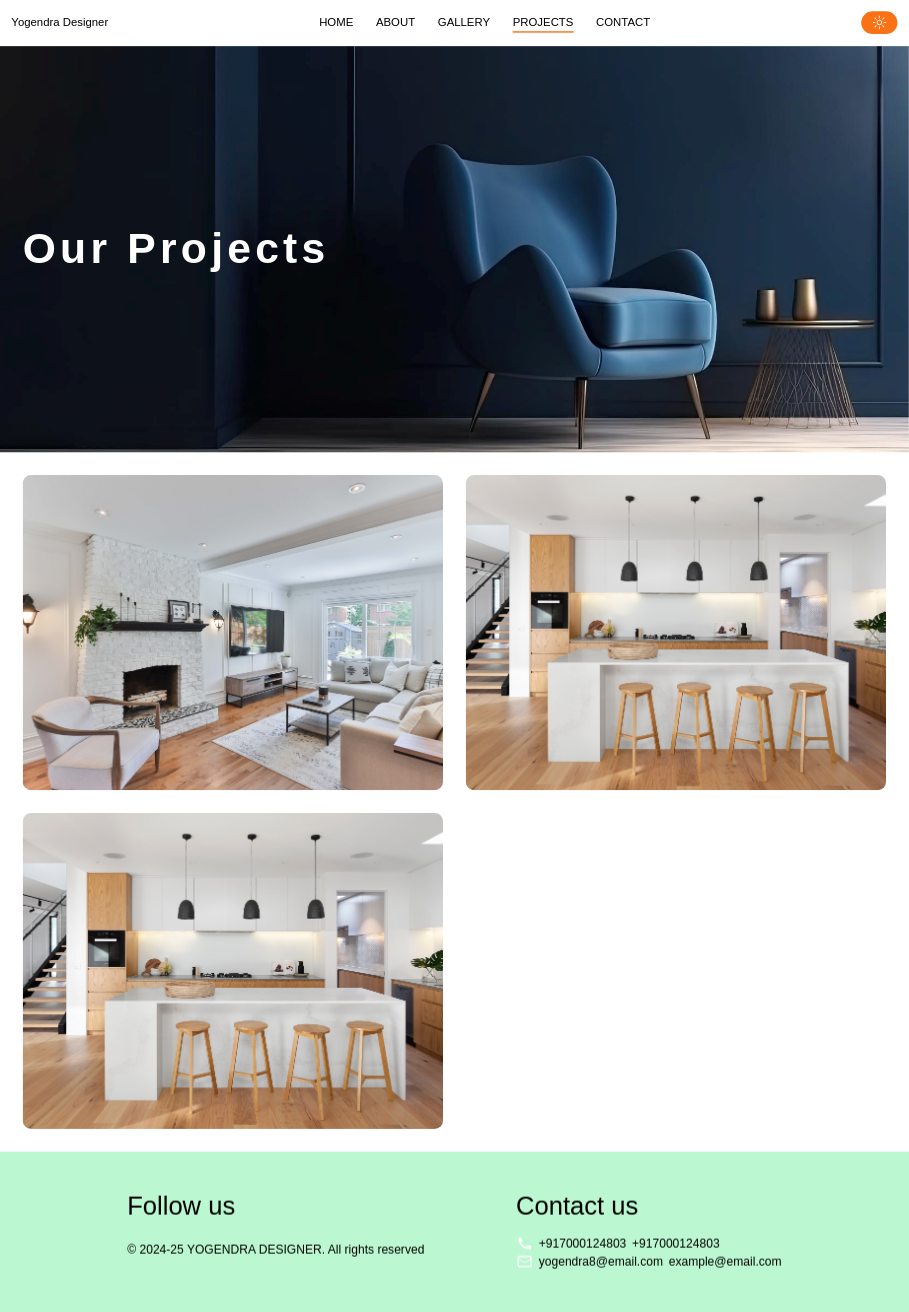
Repository: hitoutvrma/MB_designs-Interior-Designing-website
Page: /projects
The author's editor kept a copy of each file at every save. The page is drawn from the files as they stood at one save, then again after the next save.
The browser window is 1280 px wide. The pictures show the whole page, at 71% of full size.
The project was rebuilt for these pictures with package versions that can differ from the ones it lists, and the page was loaded fresh each time. The framework's server and built-in components were replaced by stand-ins that run in the browser. Also part of the build but not shown: next.config.mjs.

Above is the page before, as saved 2024-09-15 21:11:51.

After the next save:
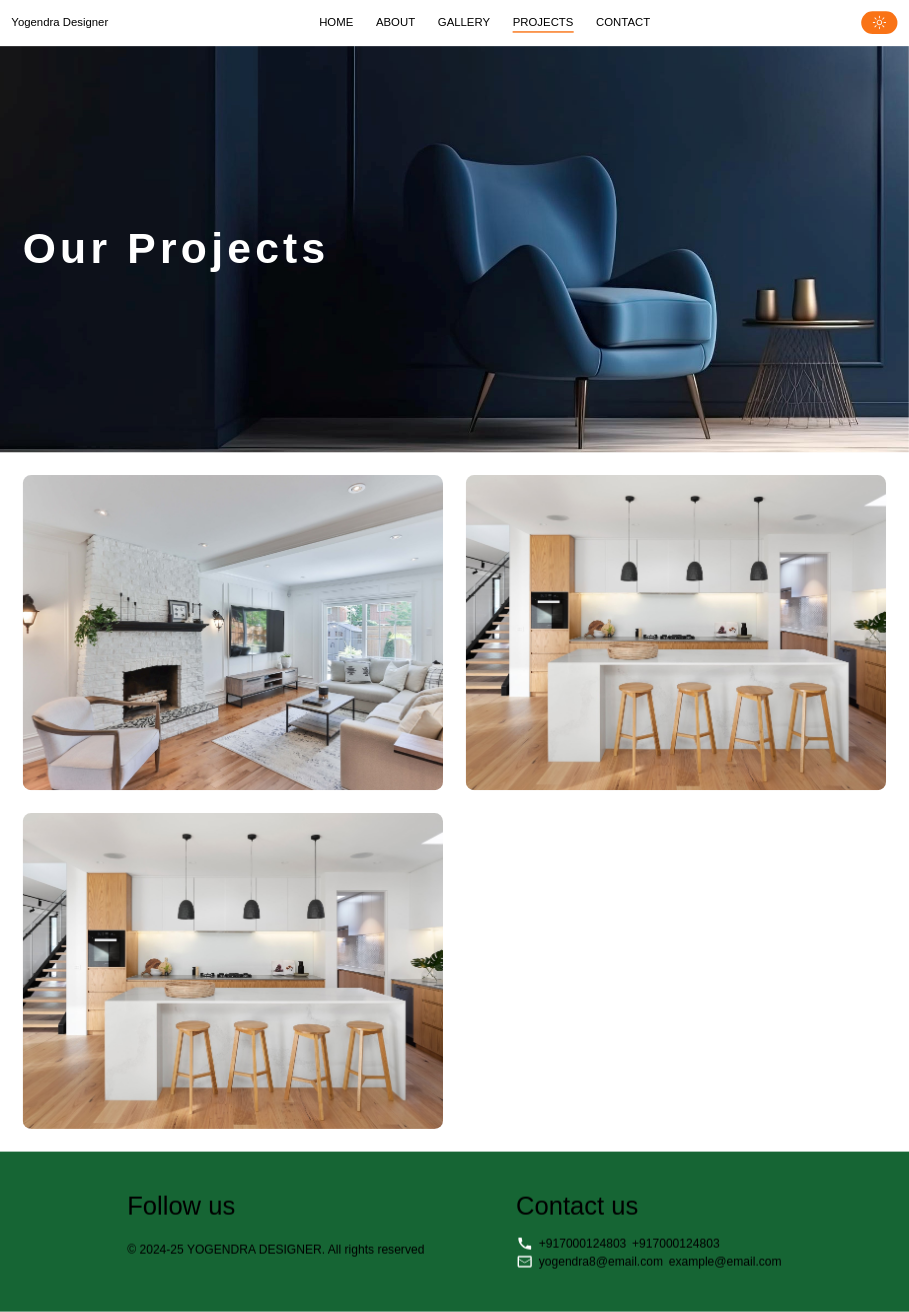
Saved 4 s later.
--- a/components/ui/Footer.jsx
+++ b/components/ui/Footer.jsx
@@ -3,7 +3,7 @@ import React from 'react'
 const Footer = () => {
   return (
 
-    <div class="flex justify-between bg-green-200 backdrop-blur-lg px-[14vw] py-[8vh] text-[17px] ">
+    <div class="flex justify-between bg-green-800 backdrop-blur-lg px-[14vw] py-[8vh] text-[17px] ">
   <div>
     <head>
     <link rel="stylesheet" href="https://cdnjs.cloudflare.com/ajax/libs/font-awesome/6.0.0-beta3/css/all.min.css"/>
